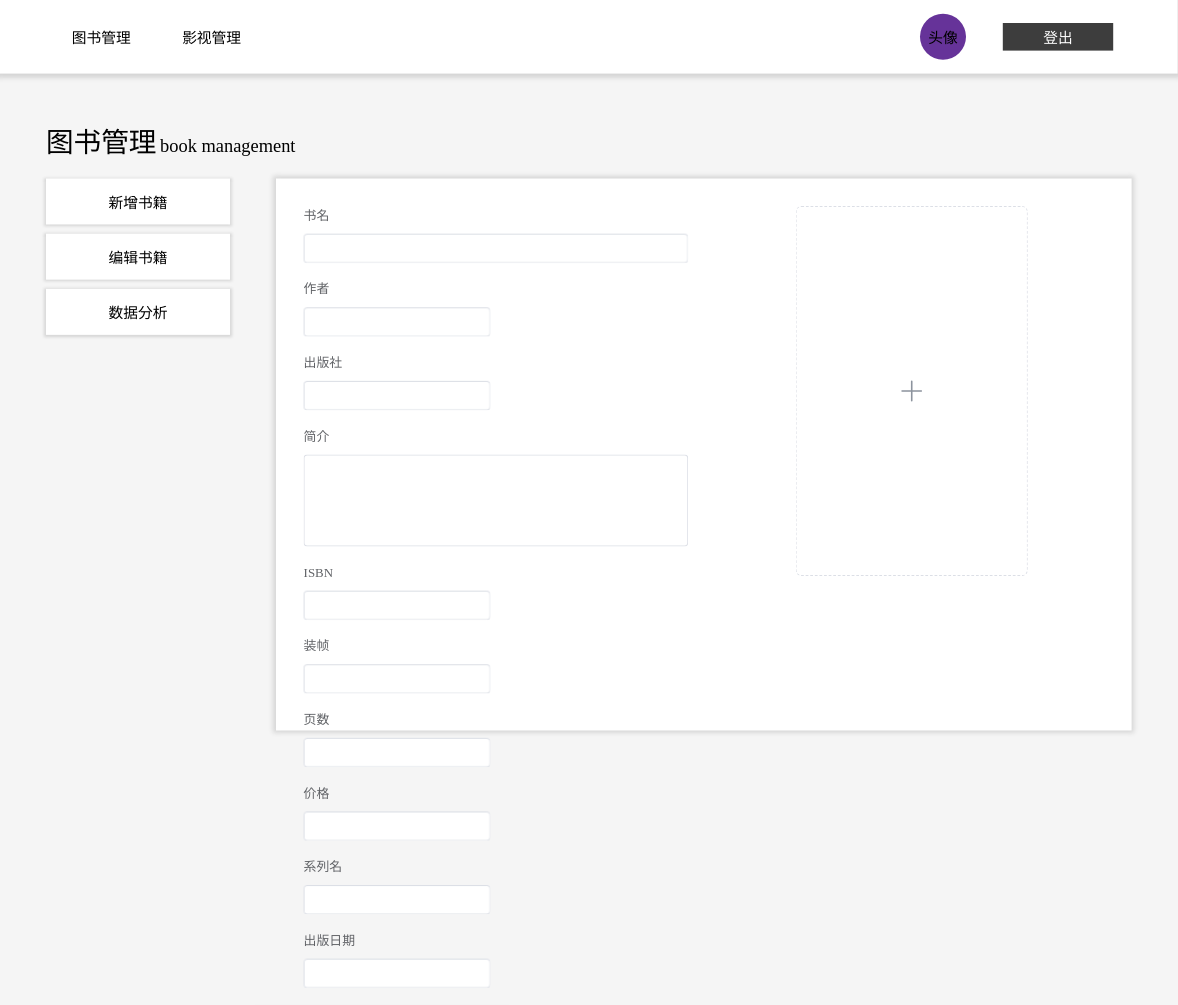
Repository: quanwangniuniu/Oasis-Reading-Platform
Page: /#/admin/books (app in Vue-frontend/)
These files come from the project's save history. The page is drawn as it stood at one moment and after the next save; the edit follows.
The browser window is 1280 px wide. The pictures show the whole page, at 92% of full size.
Some web fonts or font styles are not loaded; a fallback is used. The project was rebuilt for these pictures with package versions that can differ from the ones it lists, and the page was loaded fresh each time. Also part of the build but not shown: Vue-frontend/vite.config.js, Vue-frontend/src/components/user/books/BookCard.vue, Vue-frontend/src/components/axios/config.js, Vue-frontend/src/components/axios/api.js, Vue-frontend/src/components/user/books/Books.vue, Vue-frontend/src/components/user/movies/Favourites.vue, Vue-frontend/src/components/user/explore/Explore.vue, Vue-frontend/src/components/user/login/Login.vue and 9 more.

Above is the page before, as saved 2023-04-13 23:21:26.

After the next save:
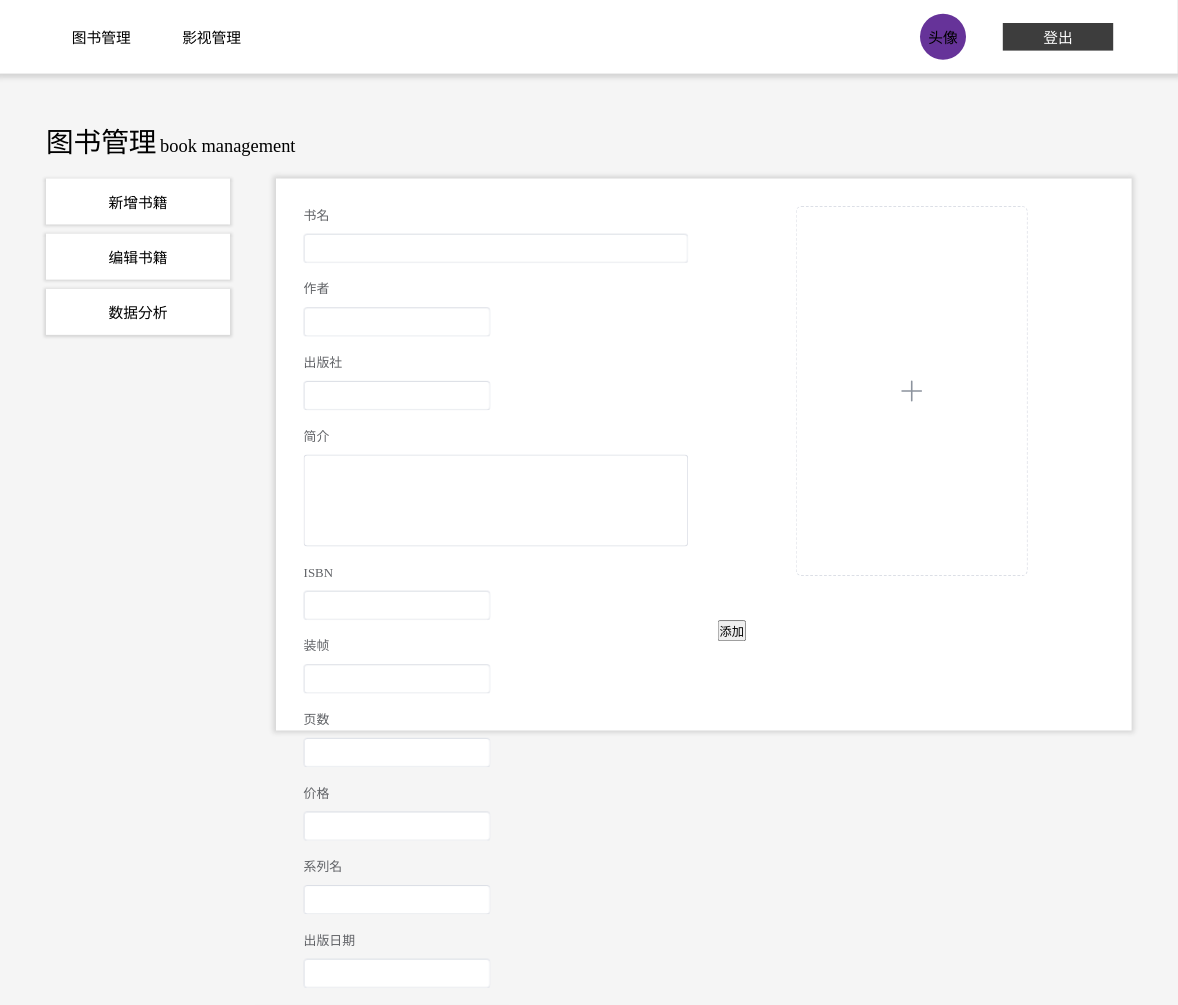
Saved 2 min 27 s later.
--- a/Vue-frontend/src/components/admin/bookManagement/BookManagement.vue
+++ b/Vue-frontend/src/components/admin/bookManagement/BookManagement.vue
@@ -109,7 +109,7 @@
             </div>
           </div>
           <div class="submit">
-
+            <button>添加</button>
           </div>
         </div>
       </div>
